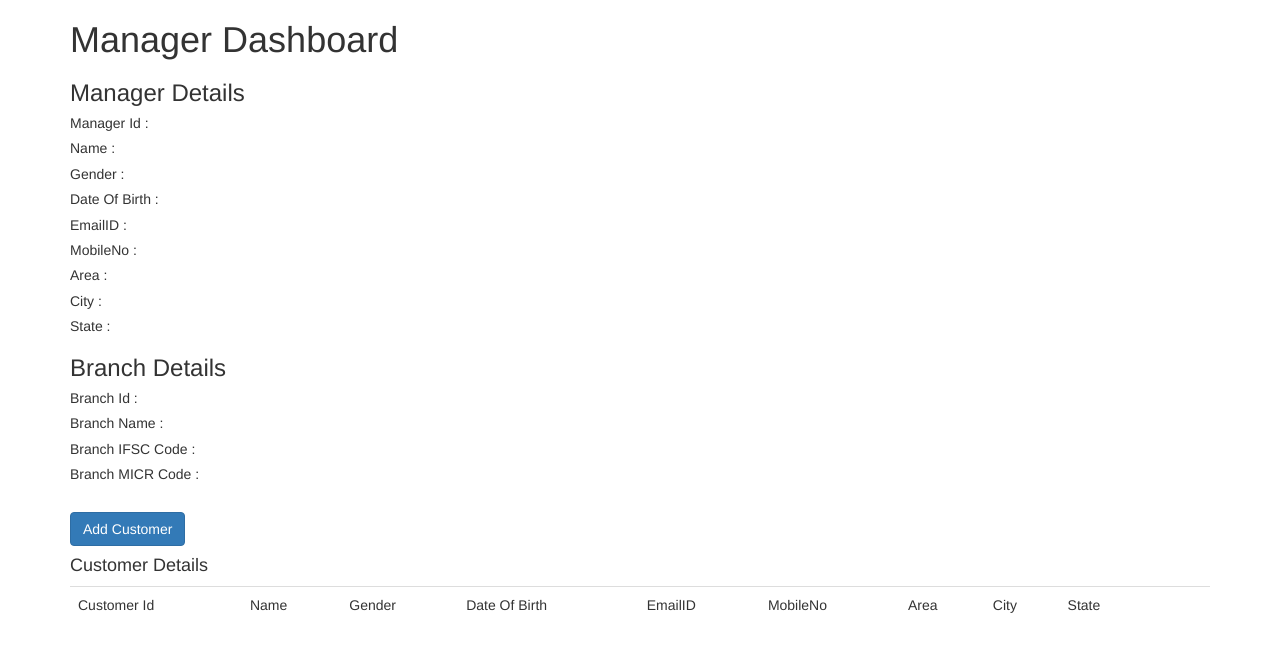
Repository: Shubham-Gawade/SpringHibernateTraining
Page: http://localhost/xorbankonline/WEB-INF/pages/managerhome.jsp
An editor plug-in stored every save of this project. The page is shown before and after the next save, followed by the edit.
The browser window is 1280 px wide. The pictures show the whole page.
The page is served by Tomcat 9. Nobody is signed in. The template is opened directly, without the code that normally fills it, so the values that code supplies are empty.

Above is the page before, as saved 2021-10-07 08:34:57.

After the next save:
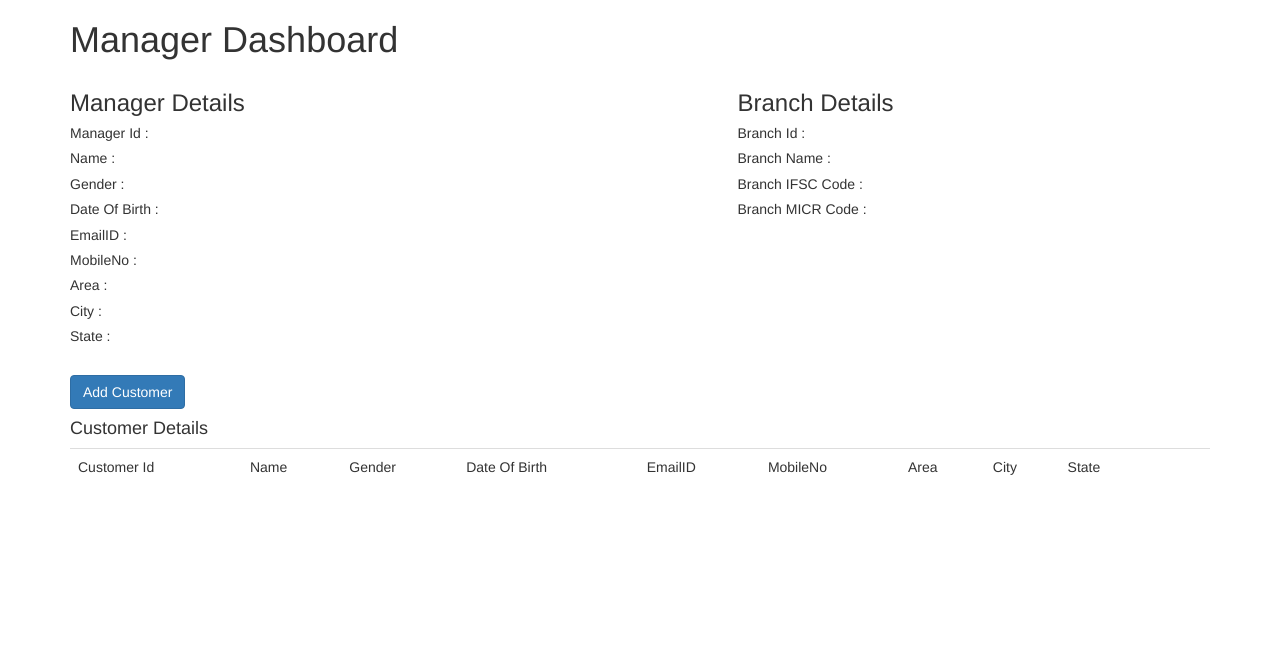
Saved 25 s later.
--- a/xorbankonline/src/main/webapp/WEB-INF/pages/managerhome.jsp
+++ b/xorbankonline/src/main/webapp/WEB-INF/pages/managerhome.jsp
@@ -15,8 +15,8 @@
 </script></head>
 <body class="container">
 	<h1>Manager Dashboard</h1>
-	<div>
-		<div>
+	<div class="row">
+		<div class="col-md-7">
 			<h3>Manager Details</h3>
 			<h5>Manager Id : ${manager.personId}</h5>
 			<h5>Name : ${manager.personName}</h5>
